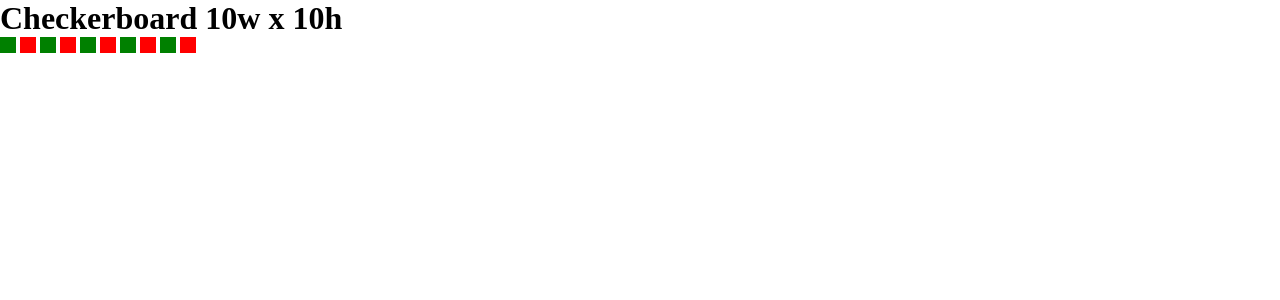
Repository: bchang1213/javaEE
Page: http://localhost/Checkerboard/view.jsp
An editor plug-in stored every save of this project. The page is shown before and after the next save, followed by the edit.
The browser window is 1280 px wide. The pictures show the whole page.
The page is served by Tomcat 9.

Above is the page before, as saved 2017-10-05 20:28:45.

After the next save:
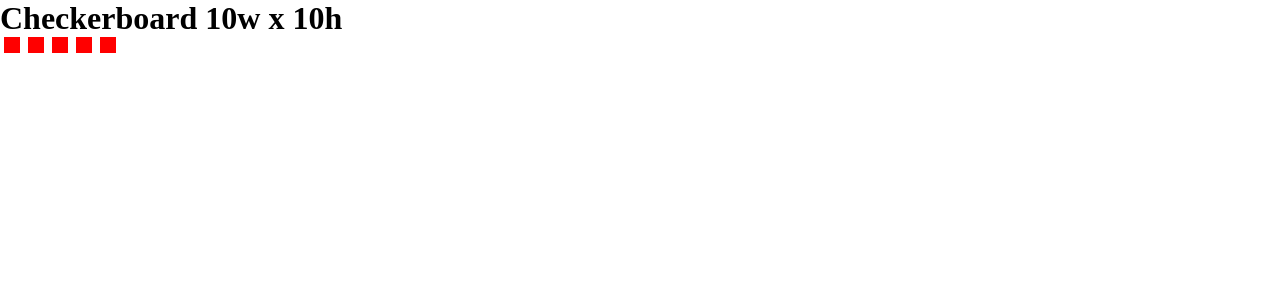
Saved 4 min 47 s later.
--- a/Checkerboard/WebContent/style.css
+++ b/Checkerboard/WebContent/style.css
@@ -12,12 +12,12 @@
 	display: inline-block;
 }
 
-div.block:nth-child(even){
+/* div.block:nth-child(even){
 	width:1em;
 	height: 1em;
 	background-color:green;
 }
-
+ */
 div.block:nth-child(odd){
 	width:1em;
 	height: 1em;

After the save that followed:
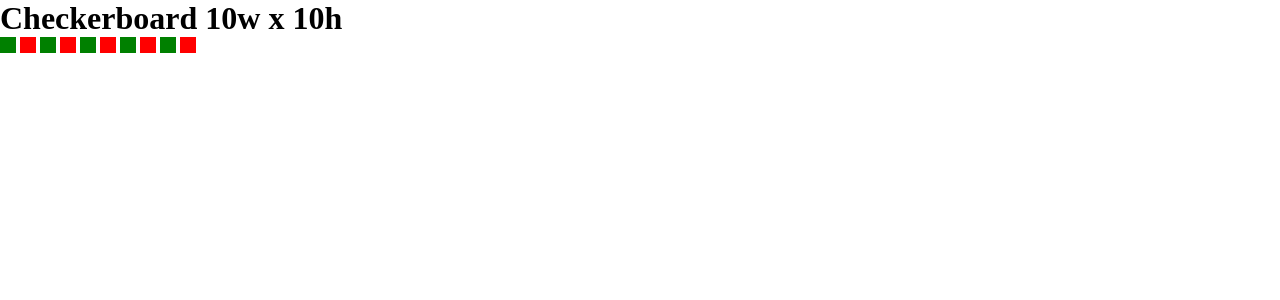
Saved 21 s later.
--- a/Checkerboard/WebContent/style.css
+++ b/Checkerboard/WebContent/style.css
@@ -12,14 +12,14 @@
 	display: inline-block;
 }
 
-/* div.block:nth-child(even){
-	width:1em;
-	height: 1em;
-	background-color:green;
-}
- */
 div.block:nth-child(odd){
 	width:1em;
 	height: 1em;
 	background-color:red;
 }
+
+div.block:nth-child(even){
+	width:1em;
+	height: 1em;
+	background-color:green;
+}
